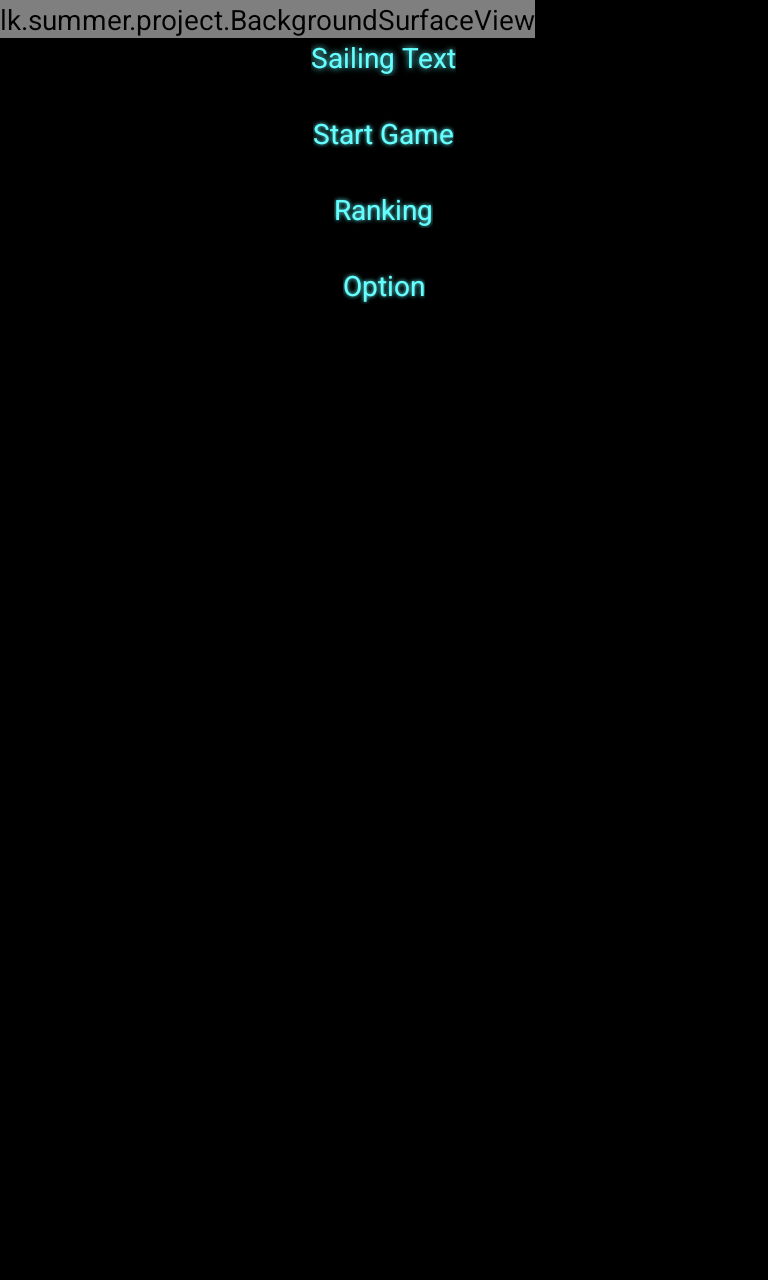
Repository: zwycid/dimension-drive-downside
Layout: lk/gameUIDesign/res/layout/activity_main.xml
The author's editor kept a copy of each file at every save. The layout is drawn from the files as they stood at one save, then again after the next save.
Pictures or frames that could not be fetched are drawn as grey boxes. It is drawn on a 768 x 1280 px phone screen (xhdpi) without system bars, with theme AppTheme; the app's code is not run. Lists and similar views that code fills are empty.

Above is the layout before, as saved 2012-07-11 07:29:09.

### lk/gameUIDesign/res/layout/activity_main.xml
<?xml version="1.0" encoding="utf-8"?>
<FrameLayout xmlns:android="http://schemas.android.com/apk/res/android"
    android:layout_width="fill_parent"
    android:layout_height="fill_parent"
    android:background="#000000"
    android:orientation="vertical" >

    <lk.summer.project.BackgroundSurfaceView
        android:id="@+id/BackgroundSurfaceView"
        android:layout_width="wrap_content"
        android:layout_height="wrap_content" />

    <ViewFlipper
        android:id="@+id/viewFlipper"
        android:layout_width="match_parent"
        android:layout_height="match_parent" >

        <LinearLayout
            android:id="@+id/MainmeniLinearLayout"
            android:layout_width="match_parent"
            android:layout_height="match_parent"
            android:background="#00000000"
            android:orientation="vertical" >

            <TextView
                android:id="@+id/blankView0"
                style="@style/blankView" />

            <TextView
                android:id="@+id/textViewTitleMainmenu"
                style="@style/TitleText"
                android:text="@string/gameTitle" />

            <TextView
                android:id="@+id/blankView1"
                style="@style/blankView" />

            <TextView
                android:id="@+id/textViewButtonStartgame"
                style="@style/ButtonText"
                android:text="@string/Startgame" />

            <TextView
                android:id="@+id/blankView2"
                style="@style/blankView" />

            <TextView
                android:id="@+id/textViewButtonRanking"
                style="@style/ButtonText"
                android:text="@string/Ranking" />

            <TextView
                android:id="@+id/blankView3"
                style="@style/blankView" />

            <TextView
                android:id="@+id/textViewButtonOption"
                style="@style/ButtonText"
                android:text="@string/Option" />
        </LinearLayout>

        <RelativeLayout
            android:id="@+id/RankingRelativeLayout"
            android:layout_width="match_parent"
            android:layout_height="match_parent"
            android:background="#00000000"
            android:orientation="vertical" >

            <TextView
                android:id="@+id/blankViewRanking0"
                style="@style/blankView"
                android:layout_alignParentTop="true"
                android:layout_centerHorizontal="true" />

            <TextView
                android:id="@+id/textViewTitleRanking"
                style="@style/TitleText"
                android:layout_below="@+id/blankView1"
                android:layout_centerHorizontal="true"
                android:text="@string/Ranking" />

            <TextView
                android:id="@+id/blankViewRanking1"
                style="@style/blankView"
                android:layout_alignLeft="@+id/textViewTitleRanking"
                android:layout_below="@+id/textViewTitleRanking" />

            <Spinner
                android:id="@+id/spinnerStage"
                android:layout_width="wrap_content"
                android:layout_height="wrap_content"
                android:layout_alignParentRight="true"
                android:layout_below="@+id/blankViewRanking1"
                android:prompt="@string/STAGE" />

            <TextView
                android:id="@+id/textViewButtonSwap"
                style="@style/ButtonText"
                android:layout_alignParentBottom="true"
                android:layout_alignParentLeft="true" />

            <TextView
                android:id="@+id/textViewButtonReset"
                style="@style/ButtonText"
                android:layout_alignParentBottom="true"
                android:layout_alignParentRight="true"
                android:text="@string/reset" />

            <ViewFlipper
                android:id="@+id/viewFlipperForListView"
                android:layout_width="wrap_content"
                android:layout_height="wrap_content"
                android:layout_below="@+id/spinnerStage"
                android:layout_centerHorizontal="true" >

                <ListView
                    android:id="@+id/listViewTotalRanking"
                    android:layout_width="match_parent"
                    android:layout_height="wrap_content" >
                </ListView>

                <ListView
                    android:id="@+id/listViewStageRanking"
                    android:layout_width="match_parent"
                    android:layout_height="wrap_content" >
                </ListView>
            </ViewFlipper>
        </RelativeLayout>

        <LinearLayout
            android:id="@+id/OptionLinearLayout"
            android:layout_width="match_parent"
            android:layout_height="match_parent"
            android:background="#00000000"
            android:orientation="vertical" >

            <TextView
                android:id="@+id/textViewTitleOption"
                style="@style/TitleText"
                android:text="@string/Option" />
        </LinearLayout>
    </ViewFlipper>

</FrameLayout>

### lk/gameUIDesign/res/values/styles.xml
<resources xmlns:android="http://schemas.android.com/apk/res/android">

    <style name="AppTheme" parent="android:Theme.Light" />

    <style name="TitleText">
        <item name="android:layout_width">wrap_content</item>
        <item name="android:layout_height">wrap_content</item>
        <item name="android:layout_gravity">center_horizontal</item>
        <item name="android:textColor">#66ffff</item>
        <item name="android:shadowColor">#66ffff</item>
        <item name="android:shadowDx">0.0</item>
        <item name="android:shadowRadius">5</item>
        <item name="android:shadowDy">0.0</item>
    </style>

    <style name="ButtonText">
        <item name="android:layout_width">wrap_content</item>
        <item name="android:layout_height">wrap_content</item>
        <item name="android:layout_gravity">center_horizontal</item>
        <item name="android:textColor">#66ffff</item>
        <item name="android:shadowColor">#66ffff</item>
        <item name="android:shadowDx">0.0</item>
        <item name="android:shadowRadius">3</item>
        <item name="android:shadowDy">0.0</item>
    </style>

    <style name="PlainText">
        <item name="android:layout_width">wrap_content</item>
        <item name="android:layout_height">wrap_content</item>
        <item name="android:layout_gravity">center_horizontal</item>
        <item name="android:textColor">#66ffff</item>
        <item name="android:shadowColor">#66ffff</item>
        <item name="android:shadowDx">0.0</item>
        <item name="android:shadowRadius">1</item>
        <item name="android:shadowDy">0.0</item>
    </style>
    <style name="blankView">
        <item name="android:layout_width">wrap_content</item>
        <item name="android:layout_height">wrap_content</item>
    </style>

</resources>

### lk/gameUIDesign/res/values/strings.xml
<resources>

    <string name="app_name">ITProject-gameUIDesign</string>
    <string name="menu_settings">Settings</string>
    <string name="title_activity_main">gameUIDesign</string>
    <string name="gameTitle">Sailing Text</string>
    <string name="Startgame">Start Game</string>
    <string name="Ranking">Ranking</string>
    <string name="Option">Option</string>
    <string name="TotalRanking">Total Ranking</string>
    <string name="StageRanking">Stage Ranking</string>
    <string name="reset">RESET</string>
    <string name="STAGE">STAGE</string>

</resources>

After the next save:
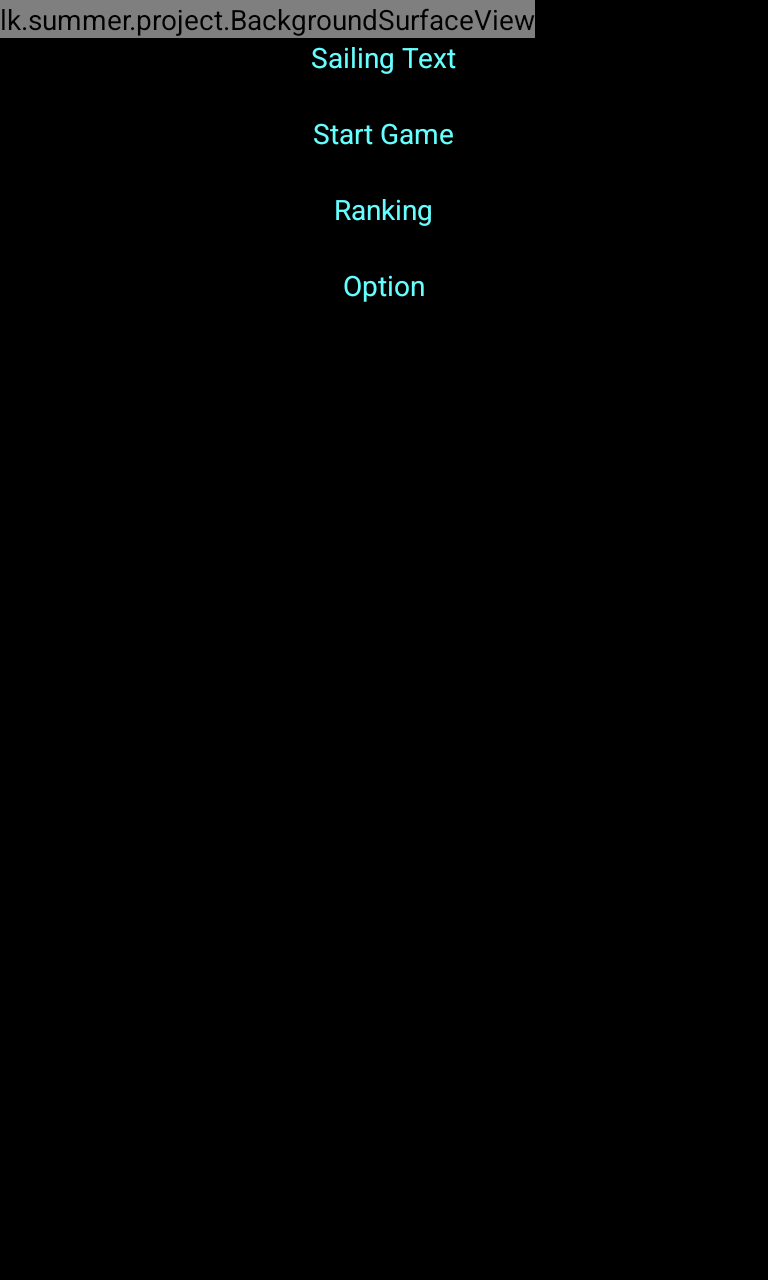
Saved 10 min 52 s later.
--- a/lk/gameUIDesign/res/values/styles.xml
+++ b/lk/gameUIDesign/res/values/styles.xml
@@ -7,10 +7,6 @@
         <item name="android:layout_height">wrap_content</item>
         <item name="android:layout_gravity">center_horizontal</item>
         <item name="android:textColor">#66ffff</item>
-        <item name="android:shadowColor">#66ffff</item>
-        <item name="android:shadowDx">0.0</item>
-        <item name="android:shadowRadius">5</item>
-        <item name="android:shadowDy">0.0</item>
     </style>
 
     <style name="ButtonText">
@@ -18,10 +14,6 @@
         <item name="android:layout_height">wrap_content</item>
         <item name="android:layout_gravity">center_horizontal</item>
         <item name="android:textColor">#66ffff</item>
-        <item name="android:shadowColor">#66ffff</item>
-        <item name="android:shadowDx">0.0</item>
-        <item name="android:shadowRadius">3</item>
-        <item name="android:shadowDy">0.0</item>
     </style>
 
     <style name="PlainText">
